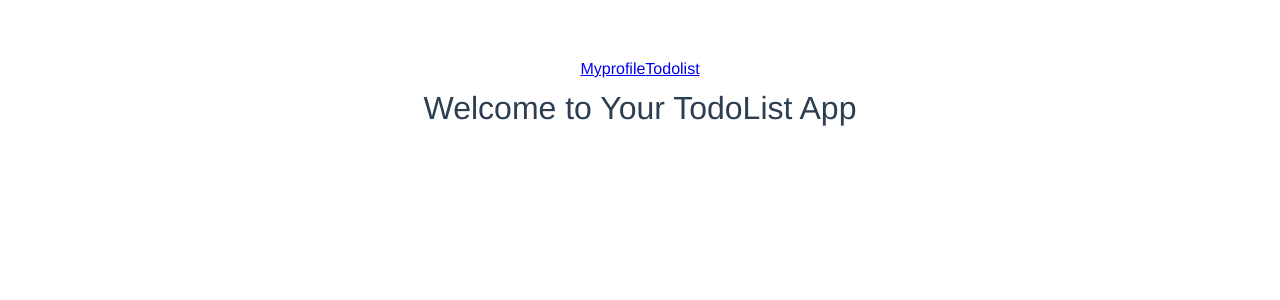
Repository: Shanshan67/todolist
Page: /#/
The author's editor kept a copy of each file at every save. The page is drawn from the files as they stood at one save, then again after the next save.
The browser window is 1280 px wide. The pictures show the whole page.
The project was rebuilt for these pictures with package versions that can differ from the ones it lists, and the page was loaded fresh each time. Also part of the build but not shown: src/components/Search.vue, src/components/List.vue, src/pages/Myprofile.vue, src/pages/Todolist.vue.

Above is the page before, as saved 2022-07-20 18:31:31.

After the next save:
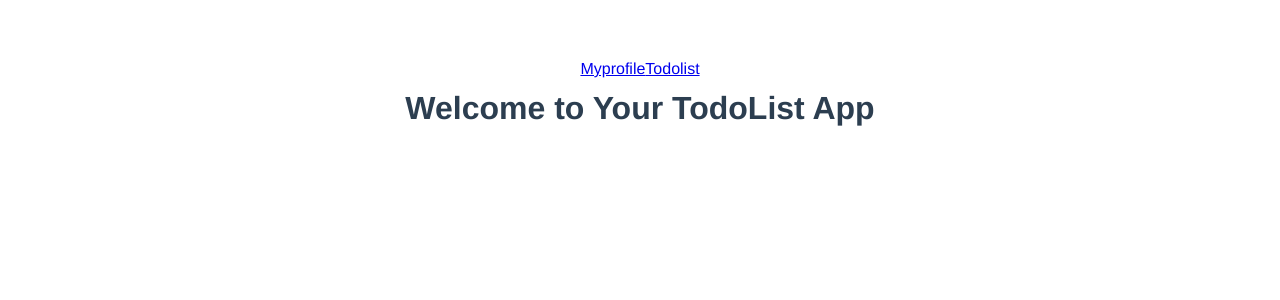
Saved 20 s later.
--- a/src/pages/Dashboard.vue
+++ b/src/pages/Dashboard.vue
@@ -18,21 +18,3 @@ export default {
   }
 }
 </script>
-
-<!-- Add "scoped" attribute to limit CSS to this component only -->
-<style scoped>
-h1, h2 {
-  font-weight: normal;
-}
-ul {
-  list-style-type: none;
-  padding: 0;
-}
-li {
-  display: inline-block;
-  margin: 0 10px;
-}
-a {
-  color: #42b983;
-}
-</style>

After the save that followed:
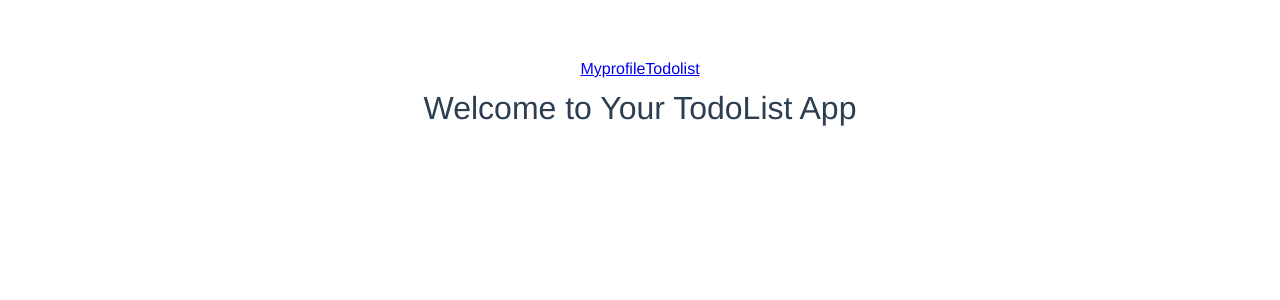
Saved 12 s later.
--- a/src/pages/Dashboard.vue
+++ b/src/pages/Dashboard.vue
@@ -18,3 +18,21 @@ export default {
   }
 }
 </script>
+
+<!-- Add "scoped" attribute to limit CSS to this component only -->
+<style scoped>
+h1, h2 {
+  font-weight: normal;
+}
+ul {
+  list-style-type: none;
+  padding: 0;
+}
+li {
+  display: inline-block;
+  margin: 0 10px;
+}
+a {
+  color: #42b983;
+}
+</style>
